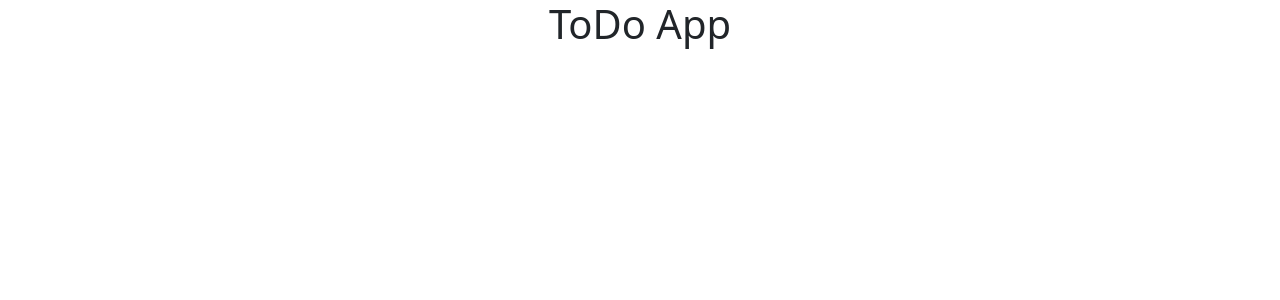
Repository: Mohitkumar1322/ReactTut
Page: / (app in ToDoApp/)
These files come from the project's save history. The page is drawn as it stood at one moment and after a run of saves; the edit follows.
The browser window is 1280 px wide. The pictures show the whole page.
The project was rebuilt for these pictures with package versions that can differ from the ones it lists, and the page was loaded fresh each time. Also part of the build but not shown: ToDoApp/vite.config.js.

Above is the page before, as saved 2025-08-24 11:05:23.

After the next 2 saves:
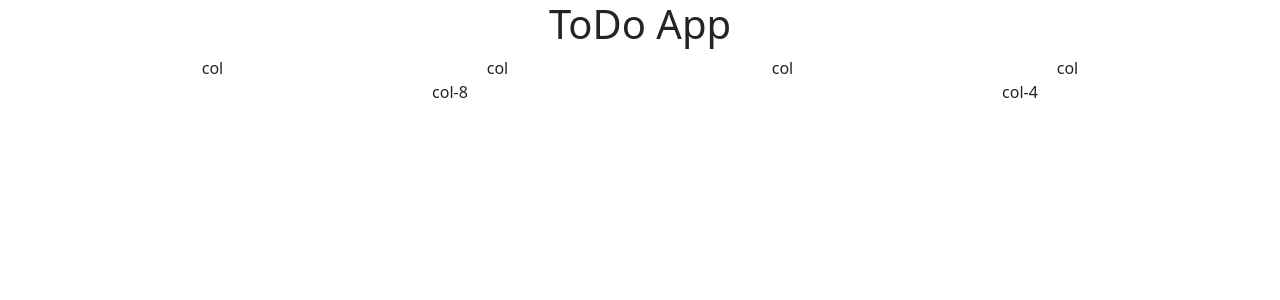
The 2 saves are shown as one change because they came seconds apart.
The last was saved 3 min 3 s later.
--- a/ToDoApp/src/App.jsx
+++ b/ToDoApp/src/App.jsx
@@ -7,7 +7,20 @@ function App() {
 
   return (
     <div>
-      <center><h1 class="todo-container">ToDo App</h1></center>
+      <center><h1 class="todo-container">ToDo App</h1>
+      <div class="container text-center">
+  <div class="row">
+    <div class="col">col</div>
+    <div class="col">col</div>
+    <div class="col">col</div>
+    <div class="col">col</div>
+  </div>
+  <div class="row">
+    <div class="col-8">col-8</div>
+    <div class="col-4">col-4</div>
+  </div>
+</div>
+      </center>
     </div>
   )
 }
